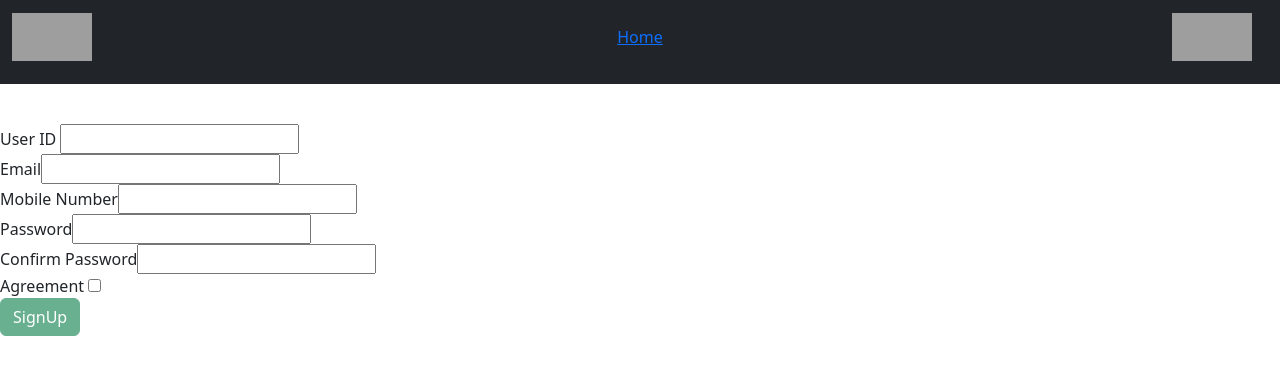
Repository: Rudreshwarhiremath/Projects-cm
Page: http://localhost/xworkz-rudra-cm/signUp.jsp
The author's editor kept a copy of each file at every save. The page is drawn from the files as they stood at one save, then again after the next save.
The browser window is 1280 px wide. The pictures show the whole page.
Pictures or frames that could not be fetched are drawn as grey boxes. The page is served by Tomcat 9. Other server files are loaded and not shown.

Above is the page before, as saved 2023-03-28 18:04:31.

### xworkz-rudra-cm/src/main/webapp/signUp.jsp
<%@ page language="java" contentType="text/html; charset=ISO-8859-1"
	pageEncoding="ISO-8859-1"%>
<%@ taglib uri="http://java.sun.com/jsp/jstl/core" prefix="c"%>
<!DOCTYPE html>
<html>
<head>
<meta charset="ISO-8859-1">
<title>X-Workz</title>
<link
	href="https://cdn.jsdelivr.net/npm/bootstrap@5.3.0-alpha1/dist/css/bootstrap.min.css"
	rel="stylesheet"
	integrity="sha384-GLhlTQ8iRABdZLl6O3oVMWSktQOp6b7In1Zl3/Jr59b6EGGoI1aFkw7cmDA6j6gD"
	crossorigin="anonymous">
<script
	src="https://cdn.jsdelivr.net/npm/bootstrap@5.3.0-alpha1/dist/js/bootstrap.bundle.min.js"
	integrity="sha384-w76AqPfDkMBDXo30jS1Sgez6pr3x5MlQ1ZAGC+nuZB+EYdgRZgiwxhTBTkF7CXvN"
	crossorigin="anonymous"></script>
</head>
<body>
	<nav class="navbar navbar-expand-lg-navbar-Light bg-dark">
		<div class="container-fluid">
			<a class="navbar-brand" href="#"> <img
				src=" https://x-workz.in/static/media/Logo.cf195593dc1b3f921369.png"
				alt="" width="80" height="48" class="d-inline-block align text-top">
				<a href="index.jsp">Home</a>
				<a class="navbar-brand" href="#"> <img
				src=" https://x-workz.in/static/media/Logo.cf195593dc1b3f921369.png"
				alt="" width="80" height="48" class="d-inline-block align text-top">
		</div>

	</nav>
	<h1 style="color: green;">${message}</h1>
	<h5 style="color: red;">${messag}<br>
	<c:forEach items="${errors}" var="e">${e.message}</c:forEach>
	</h5>
	<form action="save" method="post">
User ID	<input type="text" name="userId" id="userName"  onchange="ValideName()">
<span id="nameError" style="color: red"></span><br>


Email<input type="email" name="email" id="emailId" onchange="valideEmail()">
<span id="emailError" style="color: red"></span><br>


Mobile Number<input type="number" name="mobile" id="userMobile" onchange="ValideMobile()">
<span id="mobileError" style="color: red"></span> <br>


Password<input type="password" name="password" id="userPassword" onchange="ValidePassword()">
<span id="passwordError" style="color: red"></span> <br>

Confirm Password<input type="password" name="confirmPassword" id="userPassword" onchange="ValidePassword()">
<span id="passwordError" style="color: red"></span> <br>

Agreement <input type="checkbox" name="agreement" id="agreementConform" onclick="onconform()"> <br>
<button type="submit" class="btn btn-success" id="submitId"  disabled="true">SignUp</button>
</form>
<h4 style="color: red;">${password}</h4>
<script>
function onconform() {
var agree=document.getElementById('agreementConform');
console.log(agree.checked);
if(agree.checked){
	document.getElementById('submitId').disabled=false;
}else{
	document.getElementById('submitId').disabled='disabled';
}

}
function ValideName() {
var	user=document.getElementById('userName');
var uservalue=user.value;
console.log(uservalue);
if(uservalue!=null && uservalue!="" && uservalue.length>3 && uservalue.length<30 )
{
	console.log('valide name');
	document.getElementById('nameError').innerHTML='';
}
else
{
	console.log('invalide name');
	document.getElementById('nameError').innerHTML='Plese enter valide name min 4 and max 30 character';
}

}
function valideEmail() {
	var	userEmail=document.getElementById('emailId');
	var userEmailvalue=userEmail.value;
	console.log(userEmailvalue);
	if(userEmailvalue!=null && userEmailvalue!="" && userEmailvalue.length>4 && userEmailvalue.length<40 )
	{
		console.log('valide email');
		document.getElementById('emailError').innerHTML='';
	}
	else
	{
		console.log('invalide email');
		document.getElementById('emailError').innerHTML='Plese enter valide email';
	}

}
function ValideMobile() {
	var	userMobile=document.getElementById('userMobile');
	var userMobilevalue=userMobile.value;
	console.log(userMobilevalue);
	if(userMobilevalue!=null && userMobilevalue!="" && userMobilevalue.length==10)
	{
		console.log('valide mobile');
		document.getElementById('mobileError').innerHTML='';
	}
	else
	{
		console.log('invalide mobile');
		document.getElementById('mobileError').innerHTML='Plese enter valide Mobile Number';
	}

}
function ValidePassword() {
	var	userPassword=document.getElementById('userPassword');
	var userPasswordvalue=userPassword.value;
	console.log(userPasswordvalue);
	if(userPasswordvalue!=null && userPasswordvalue!="" && userPasswordvalue.length>4 && userPasswordvalue.length<12)
	{
		console.log('valide password');
		document.getElementById('passwordError').innerHTML='';
	}
	else
	{
		console.log('invalide password');
		document.getElementById('passwordError').innerHTML='Plese enter valide password';
	}

}



</script>
</body>
</html>

After the next save:
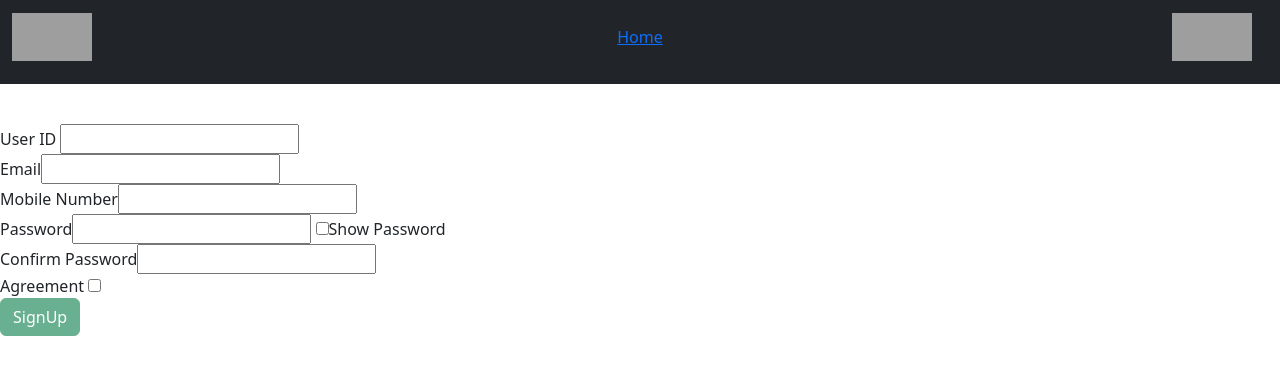
Saved 11 min 25 s later.
--- a/xworkz-rudra-cm/src/main/webapp/signUp.jsp
+++ b/xworkz-rudra-cm/src/main/webapp/signUp.jsp
@@ -46,8 +46,9 @@ Mobile Number<input type="number" name="mobile" id="userMobile" onchange="Valide
 <span id="mobileError" style="color: red"></span> <br>
 
 
-Password<input type="password" name="password" id="userPassword" onchange="ValidePassword()">
-<span id="passwordError" style="color: red"></span> <br>
+Password<input type="password" name="password" id="userPassword" onchange="ValidePassword()" id="myInput" >
+<span id="passwordError" style="color: red"></span>
+<input type="checkbox" onclick="myFunction()">Show Password <br>
 
 Confirm Password<input type="password" name="confirmPassword" id="userPassword" onchange="ValidePassword()">
 <span id="passwordError" style="color: red"></span> <br>
@@ -57,6 +58,17 @@ Agreement <input type="checkbox" name="agreement" id="agreementConform" onclick=
 </form>
 <h4 style="color: red;">${password}</h4>
 <script>
+function myFunction() {
+	  var x = document.getElementById("myInput");
+	  if (x.type === "password") {
+	    x.type = "text";
+	  } else {
+	    x.type = "password";
+	  }
+	}
+
+
+
 function onconform() {
 var agree=document.getElementById('agreementConform');
 console.log(agree.checked);
